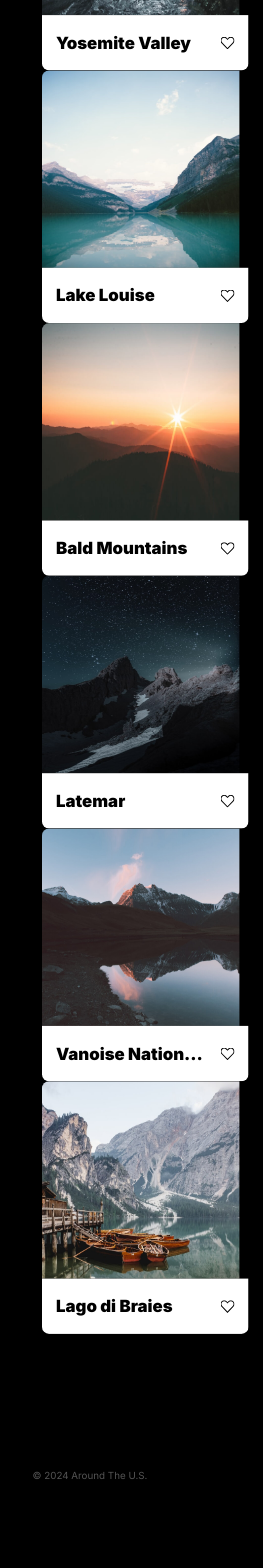
Repository: luisbaezx/se_project_aroundtheus
Page: index.html
The author's editor kept a copy of each file at every save. The page is drawn from the files as they stood at one save, then again after the next save.
The browser window is 375 px wide. The pictures show the part of the page from y = 711 to 2951 px (the page is 2951 px tall before and 2730 px after), at 70% of full size.

Above is the page before, as saved 2024-05-30 18:36:03.

### index.html
<!DOCTYPE html>
<html lang="en">
  <head>
    <meta charset="UTF-8" />
    <meta name="viewport" content="width=device-width, user-scalable=no,
    initial-scale=1/>
    <meta content="ie=edge" http-equiv="X-UA-Compatible" />
    <title>Around The U.S</title>
    <link href="./pages/index.css" rel="stylesheet" />
  </head>
  <body class="page">
    <div class="page__content">
      <header class="header page__section">
        <img
          src="./images/logo.svg"
          alt="Around the U.S. Logo"
          class="header__image"
        />
      </header>
      <main class="content">
        <section class="profile page__section">
          <img
            src="./images/jacques-cousteau.jpg"
            alt="Avatar"
            class="profile__image"
          />
          <div class="profile__info">
            <h1 class="profile__title">Jacques Cousteau</h1>
            <button class="profile__edit-button" type="button"></button>
            <p class="profile__description">Explorer</p>
          </div>
          <button class="profile__add-button" type="button"></button>
        </section>
        <section class="cards page__section">
          <ul class="cards__list">
            <li class="card">
              <img src="./images/yosemite.jpg" class="card__image" />
              <div class="card__description">
                <h2 class="card__title">Yosemite Valley</h2>
                <button class="card__like-button" type="button"></button>
              </div>
            </li>
            <li class="card">
              <img src="./images/lake-louise.jpg" class="card__image" />
              <div class="card__description">
                <h2 class="card__title">Lake Louise</h2>
                <button class="card__like-button" type="button"></button>
              </div>
            </li>
            <li class="card">
              <img src="./images/bald-mountains.jpg" class="card__image" />
              <div class="card__description">
                <h2 class="card__title">Bald Mountains</h2>
                <button class="card__like-button" type="button"></button>
              </div>
            </li>
            <li class="card">
              <img src="./images/latemar.jpg" class="card__image" />
              <div class="card__description">
                <h2 class="card__title">Latemar</h2>
                <button class="card__like-button" type="button"></button>
              </div>
            </li>
            <li class="card">
              <img src="./images/vanoise.jpg" class="card__image" />
              <div class="card__description">
                <h2 class="card__title">Vanoise National Park</h2>
                <button class="card__like-button" type="button"></button>
              </div>
            </li>
            <li class="card">
              <img src="./images/lago.jpg" class="card__image" />
              <div class="card__description">
                <h2 class="card__title">Lago di Braies</h2>
                <button class="card__like-button" type="button"></button>
              </div>
            </li>
          </ul>
        </section>
      </main>
      <footer class="footer">
        <p class="footer__copyright">&copy; 2024 Around The U.S.</p>
      </footer>
    </div>
  </body>
</html>

### pages/index.css
@import url("../vendor/normalize.css");
@import url("../vendor/fonts.css");
@import url("../blocks/page.css");
@import url("../blocks/header.css");
@import url("../blocks/profile.css");
@import url("../blocks/cards.css");
@import url("../blocks/card.css");
@import url("../blocks/footer.css");

### blocks/page.css
.page {
  font-family: Inter, Arial, Helvetica, sans-serif;
  background-color: black;
  color: white;
}

.page__section {
  max-width: 880px;
  width: 100%;
  position: relative;
  margin: 0 auto;
}

.page__content {
  display: flex;
  flex-direction: column;
  min-height: 100vh;
  padding: 0 20px;
}
@media screen and (max-width: 450px) {
  .page__section {
    max-width: none;
  }
}

### blocks/header.css
.header {
  margin-top: 45px;
  border-width: 880px;
  border-bottom: 1px solid rgba(84, 84, 84, 0.7);
  padding-bottom: 41px;
}

.header__image {
  width: 173px;
  height: 33px;
}
@media screen and (max-width: 450px) {
  .header {
    margin-top: 28px;
    padding-bottom: 35px;
  }

  .header__image {
    width: 126px;
    height: 24px;
  }
}

### blocks/profile.css
.profile {
  display: flex;
  align-items: center;
  padding-top: 40px;
  min-width: 282px;
}

.profile__info {
  display: grid;
  grid-template-areas:
    "title button"
    "description description";
  grid-template-columns: minmax(auto, 375px) auto;
  margin-right: 12px;
  align-items: center;
  gap: 15px;
}

.profile__edit-button {
  background: transparent url(../images/edit-icon.svg) center no-repeat;
  height: 24px;
  width: 24px;
  grid-area: button;
  border: 1px white solid;
}

.profile__edit-button:hover {
  opacity: 0.6;
}

.profile__add-button {
  background: transparent url(../images/add-icon.svg) center no-repeat;
  width: 150px;
  height: 50px;
  margin-left: auto;
  border: 2px white solid;
  border-radius: 2px;
  transition: opacity 0.3s ease-in;
}

.profile__add-button:hover {
  opacity: 0.6;
  cursor: pointer;
}
.profile__title {
  font-size: 42px;
  line-height: 48px;
  font-weight: 500;
  grid-area: title;
  margin: 0;
  text-overflow: ellipsis;
  white-space: nowrap;
  overflow: hidden;
}

.profile__description {
  font-size: 18px;
  line-height: 22px;
  font-weight: 400;
  grid-area: description;
  margin: 0;
  text-overflow: ellipsis;
  white-space: nowrap;
  overflow: hidden;
  max-width: 370px;
}

.profile__image {
  height: 120px;
  width: 120px;
  border-radius: 50%;
  object-fit: cover;
  object-position: center;
  margin-right: 24px;
}

@media screen and (max-width: 770px) {
  .profile {
    flex-direction: column;
  }

  .profile__info {
    display: flex;
    flex-wrap: wrap;
    justify-content: center;
    width: 100%;
  }

  .profile__description {
    width: 100%;
    text-align: center;
    margin-bottom: 40px;
  }

  .profile__add-button {
    margin: 0;
    width: 80%;
  }
}

@media screen and (max-width: 450px) {
  .profile {
    justify-content: space-around;
  }
  .profile__title {
    font-size: 22px;
  }

  .profile__description {
    font-size: 14px;
    line-height: 16.94px;
    max-width: 282;
  }

  .profile__edit-button {
    width: 18px;
    height: 18px;
    display: flex;
    justify-content: flex-end;
  }

  .profile__add-button {
    width: 282px;
    height: 50px;
  }

  .profile__image {
    margin: 0;
    min-width: auto;
  }
}

### blocks/cards.css
.cards {
  margin-top: 30px;
  border-radius: 10px;
}

.card__list {
  display: grid;
  justify-content: center;
  grid-template-columns: repeat(auto-fit, 282px);
  grid-gap: 20px 17px;
  padding: 0;
  margin: 0;
}

.card {
  display: flex;
  flex-direction: column;
  list-style: none;
  border-radius: 10px;
  overflow: hidden;
}

.card__image {
  width: 282px;
  height: 282px;
}

.card__title {
  max-width: 220px;
  font-size: 24px;
  font-weight: 900;
  line-height: 29px;
  text-overflow: ellipsis;
  white-space: nowrap;
  overflow: hidden;
  margin: 0;
}

.card__description {
  display: flex;
  background-color: white;
  color: black;
  padding-top: 25px;
  padding-bottom: 25px;
  padding-left: 20px;
  padding-right: 20px;
  align-items: center;
  justify-content: space-between;
}

.card__like-button {
  background: transparent url(../images/like-inactive.svg) center no-repeat;
  width: 21px;
  height: 18px;
  border: none;
  transition: opacity 0.3s ease;
}

.card__like-button:hover {
  opacity: 0.5;
}

### blocks/card.css
.card {
  display: flex;
  flex-direction: column;
  list-style: none;
  border-radius: 10px;
  overflow: hidden;
}

.card__image {
  width: 282px;
  height: 282px;
}

.card__title {
  max-width: 220px;
  font-size: 24px;
  font-weight: 900;
  line-height: 29px;
  text-overflow: ellipsis;
  white-space: nowrap;
  overflow: hidden;
  margin: 0;
}

.card__description {
  display: flex;
  background-color: white;
  color: black;
  padding-top: 25px;
  padding-bottom: 25px;
  padding-left: 20px;
  padding-right: 20px;
  align-items: center;
  justify-content: space-between;
}

.card__like-button {
  background: transparent url(../images/like-active.svg) center no-repeat;
  width: 21px;
  height: 18px;
  border: none;
  transition: opacity 0.3s ease-in;
}

.card__like-button:hover {
  opacity: 0.5;
  cursor: pointer;
}

### blocks/footer.css
.footer {
  width: 100%;
  max-width: 880px;
  margin: 0 auto;
  text-align: left;
}

.footer__copyright {
  color: #545454;
  margin-left: auto;
  margin-right: auto;
  margin-top: 67px;
}

@media screen and (max-width: 600px) {
  .footer {
    max-width: 282px;
  }

  .footer__copyright {
    font-size: 14px;
    line-height: 16.94;
  }
}

Loaded but not shown: vendor/normalize.css (library); vendor/fonts.css (common file)

After the next save:
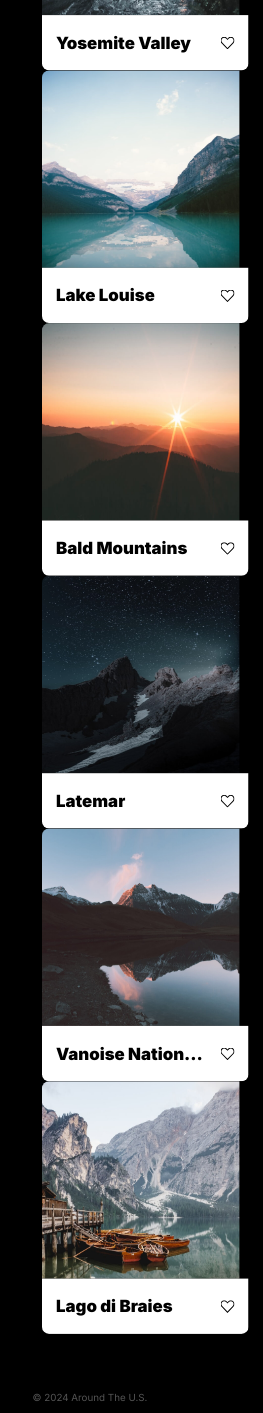
Saved 14 s later.
--- a/blocks/footer.css
+++ b/blocks/footer.css
@@ -19,6 +19,5 @@
 
   .footer__copyright {
     font-size: 14px;
-    line-height: 16.94;
   }
 }
